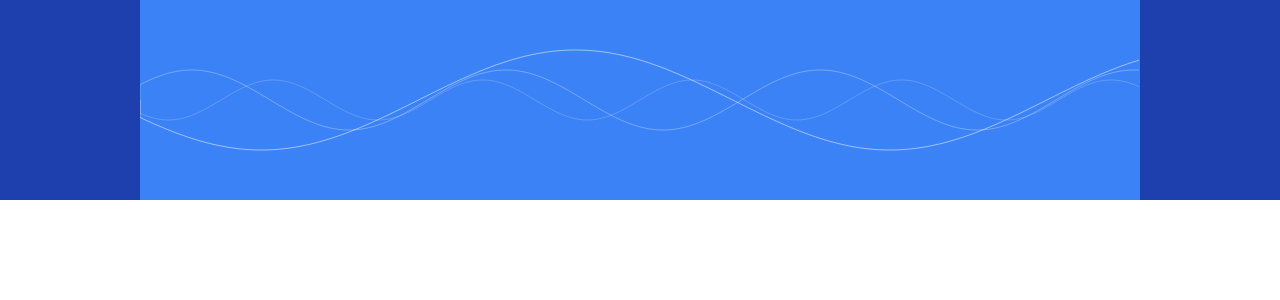
Repository: TMuse333/quantum-experiments
Page: /
These files come from the project's save history. The page is drawn as it stood at one moment and after the next save; the edit follows.
The browser window is 1280 px wide. The pictures show the whole page.
The project was rebuilt for these pictures with package versions that can differ from the ones it lists, and the page was loaded fresh each time. Also part of the build but not shown: vite.config.ts.

Above is the page before, as saved 2024-06-08 18:13:36.

After the next save:
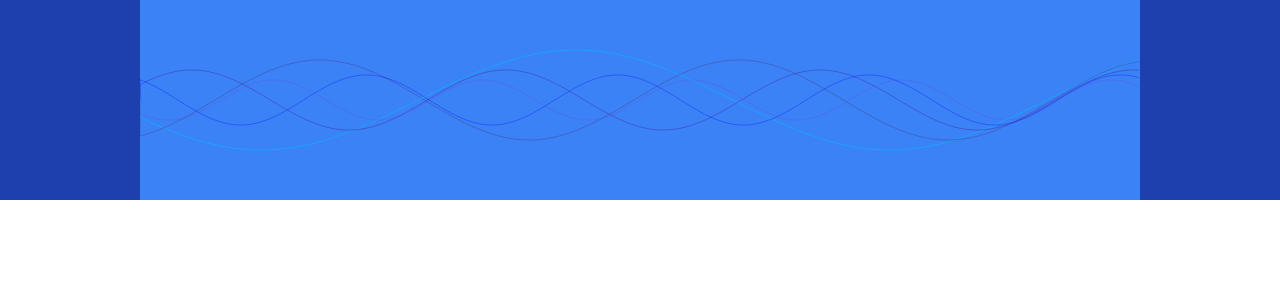
Saved 94 s later.
--- a/src/components/wave/wave.tsx
+++ b/src/components/wave/wave.tsx
@@ -16,21 +16,35 @@ const SineWave: React.FC = () => {
         frequency: 0.01,
         speed: 0.02,
         xOffset: 0,
-        color: 'rgba(255, 255, 255, 0.5)',
+        color: 'rgba(0, 191, 255, 0.5)', // Sky Blue
       },
       {
         amplitude: 30,
         frequency: 0.02,
         speed: 0.03,
         xOffset: 0,
-        color: 'rgba(255, 255, 255, 0.3)',
+        color: 'rgba(75, 0, 130, 0.3)', // Indigo
       },
       {
         amplitude: 20,
         frequency: 0.03,
         speed: 0.04,
         xOffset: 0,
-        color: 'rgba(255, 255, 255, 0.2)',
+        color: 'rgba(138, 43, 226, 0.2)', // Blue Violet
+      },
+      {
+        amplitude: 40,
+        frequency: 0.015,
+        speed: 0.025,
+        xOffset: 0,
+        color: 'rgba(72, 61, 139, 0.4)', // Dark Slate Blue
+      },
+      {
+        amplitude: 25,
+        frequency: 0.025,
+        speed: 0.035,
+        xOffset: 0,
+        color: 'rgba(0, 0, 255, 0.3)', // Blue
       },
     ];
 
